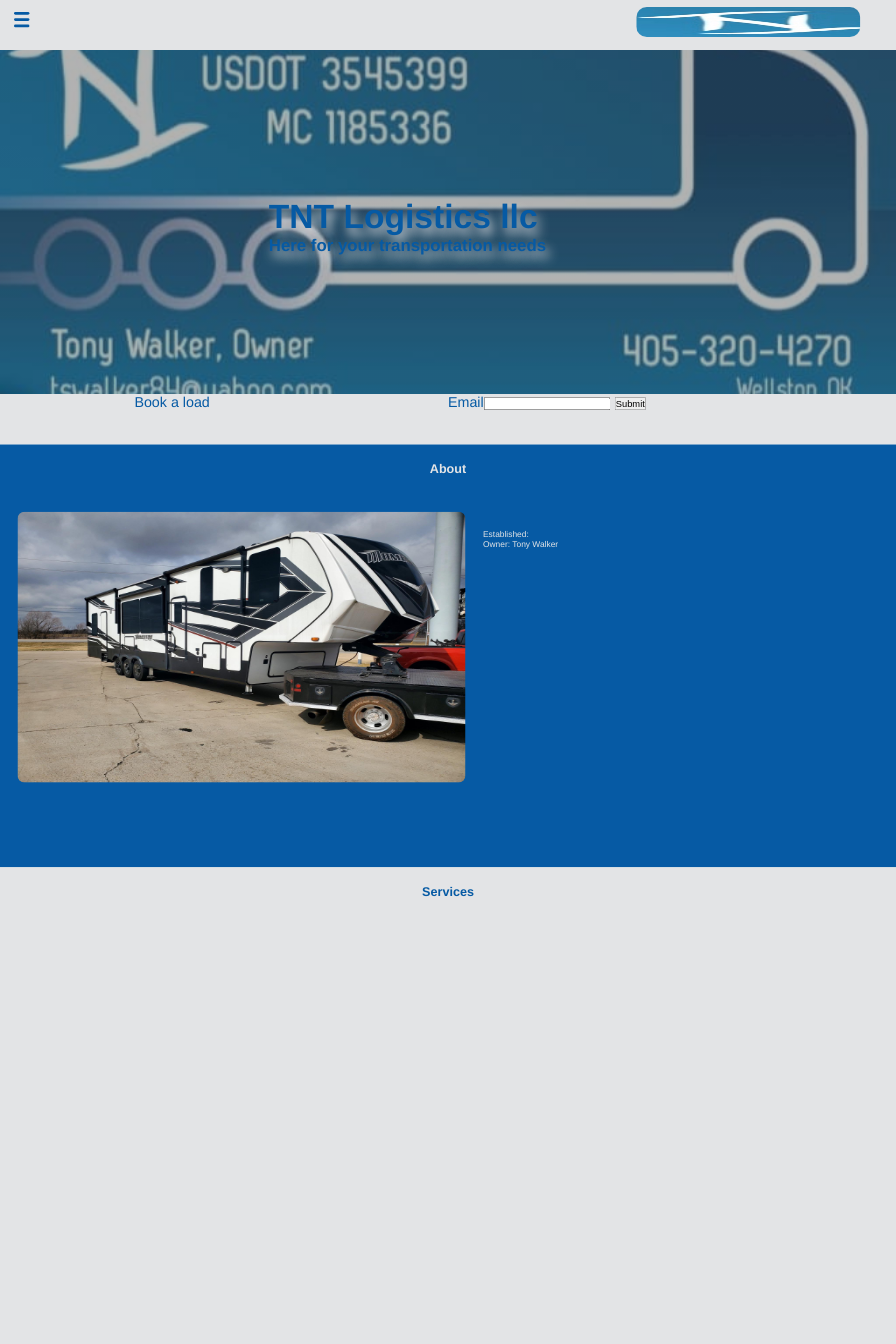
Repository: tommygoverstreet/tntlogisticsllc
Page: index.html
An editor plug-in stored every save of this project. The page is shown before and after a run of saves, followed by the edit.
The browser window is 1280 px wide. The pictures show the part of the page from y = 0 to 1920 px (the page is 3647 px tall), at 70% of full size.
Backgrounds fixed to the window are drawn as part of the page. Some web fonts or font styles are not loaded; a fallback is used.

Above is the page before, as saved 2022-04-18 22:55:59.

After the next 2 saves:
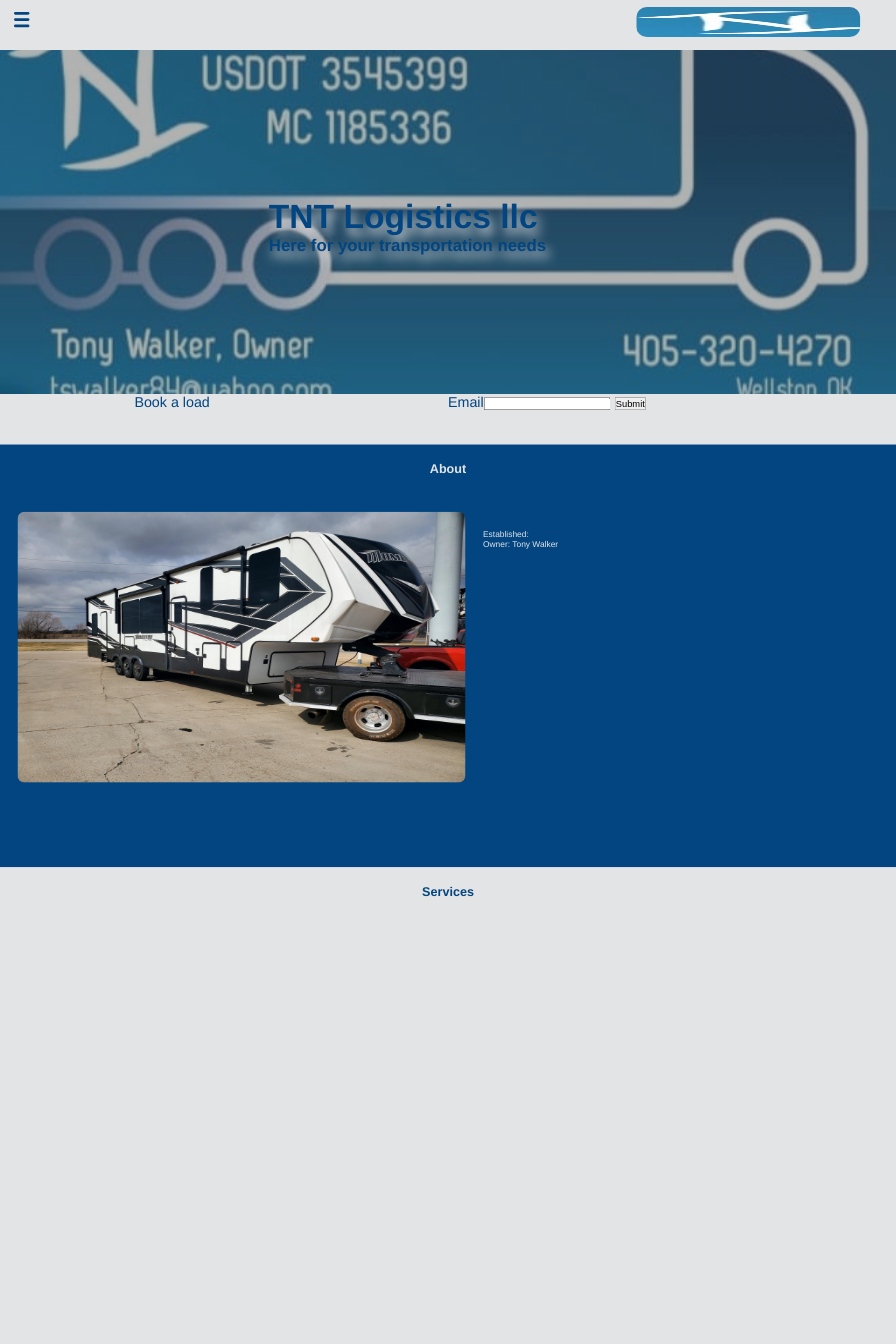
The 2 saves are shown as one change because they came seconds apart.
The last was saved 63 s later.
--- a/style/main.css
+++ b/style/main.css
@@ -1,7 +1,7 @@
 @import url("https://fonts.googleapis.com/css2?family=Bebas+Neue&family=Square+Peg&display=swap");
 
 :root {
- --secondary: #065aa4;
+ --secondary: #024580;
  --main: rgb(227, 228, 230);
  --light: rgb(145, 148, 153);
  --dark: #1D2731;
